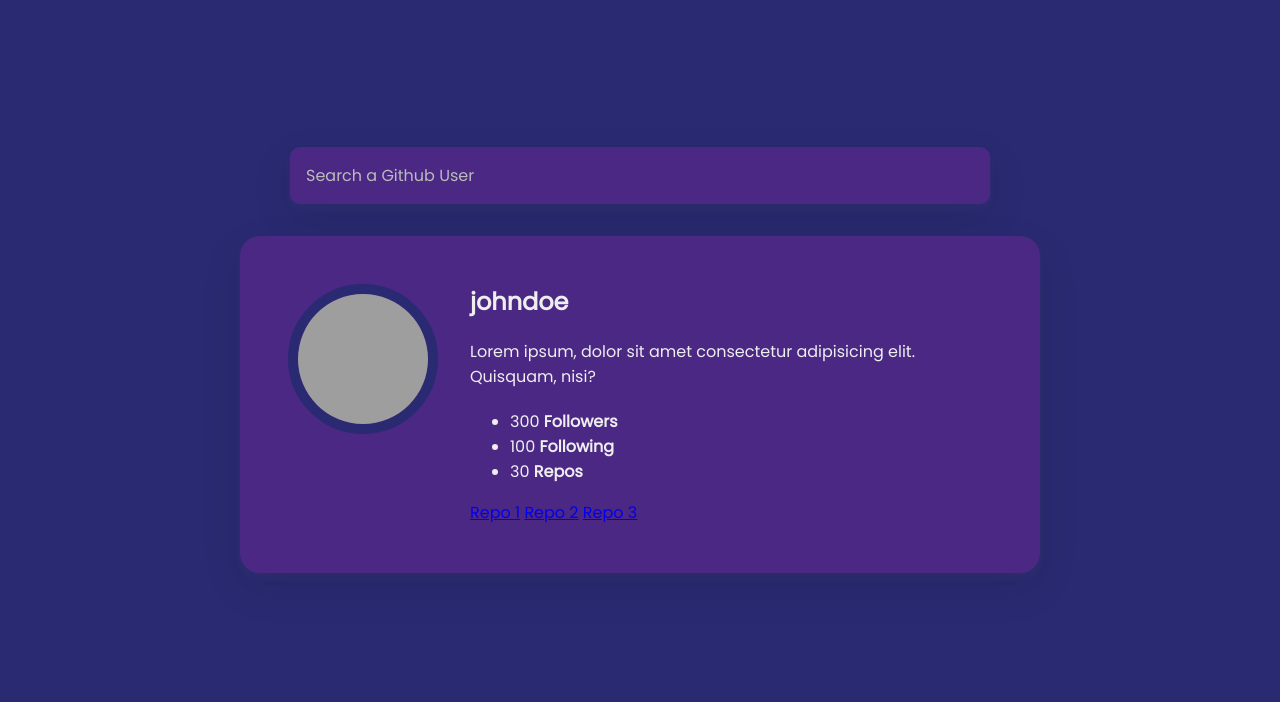
Repository: eagle-tex/50-projects-BT
Page: 28-github-profiles/index.html
The author's editor kept a copy of each file at every save. The page is drawn from the files as they stood at one save, then again after the next save.
The browser window is 1280 px wide. The pictures show the whole page.
Pictures or frames that could not be fetched are drawn as grey boxes.

Above is the page before, as saved 2021-01-23 11:05:17.

### 28-github-profiles/index.html
<!DOCTYPE html>
<html lang="en">

<head>
  <meta charset="UTF-8" />
  <meta name="viewport" content="width=device-width, initial-scale=1.0" />
  <link rel="stylesheet" href="style.css" />
  <title>Github Profiles</title>
</head>

<body>
  <form class="user-form" id="form">
    <input type="text" id="search" placeholder="Search a Github User">
  </form>

  <main id="main">
    <div class="card">
      <div>
        <img src="https://randomuser.me/api/portraits/men/30.jpg" alt="" class="avatar">
      </div>
      <div class="user-info">
        <h2>johndoe</h2>
        <p>Lorem ipsum, dolor sit amet consectetur adipisicing elit. Quisquam, nisi?</p>

        <ul>
          <li>300 <strong>Followers</strong></li>
          <li>100 <strong>Following</strong></li>
          <li>30 <strong>Repos</strong></li>
        </ul>

        <div id="repos">
          <a href="#" class="repos">Repo 1</a>
          <a href="#" class="repos">Repo 2</a>
          <a href="#" class="repos">Repo 3</a>
        </div>

      </div>
    </div>
  </main>

  <script src="script.js"></script>
</body>

</html>

### 28-github-profiles/style.css
@import url('https://fonts.googleapis.com/css2?family=Poppins:wght@200;400&display=swap');

:root {
  --body-bg: #2a2a72;
  --form-bg: #4c2885;
}

* {
  box-sizing: border-box;
}

body {
  background-color: var(--body-bg);
  color: #fff;
  font-family: 'Poppins', sans-serif;
  display: flex;
  flex-direction: column;
  align-items: center;
  justify-content: center;
  height: 100vh;
  overflow: hidden;
  margin: 0;
}

.user-form {
  width: 100%;
  max-width: 700px;
}

.user-form input {
  width: 100%;
  display: block;
  background-color: var(--form-bg);
  border: none;
  border-radius: 10px;
  -webkit-border-radius: 10px;
  -moz-border-radius: 10px;
  -ms-border-radius: 10px;
  -o-border-radius: 10px;
  color: #fff;
  padding: 1rem;
  margin-bottom: 2rem;
  font-family: inherit;
  font-size: 1rem;
  box-shadow: 0 5px 10px rgba(154, 160, 185, 0.05),
    0 15px 40px rgba(0, 0, 0, 0.1);
}

.user-form input::placeholder {
  color: #bbb;
}

.user-form input:focus {
  outline: none;
}

.card {
  max-width: 800px;
  background-color: var(--form-bg);
  border-radius: 20px;
  -webkit-border-radius: 20px;
  -moz-border-radius: 20px;
  -ms-border-radius: 20px;
  -o-border-radius: 20px;
  box-shadow: 0 5px 10px rgba(154, 160, 185, 0.05),
    0 15px 40px rgba(0, 0, 0, 0.1);
  display: flex;
  padding: 3rem;
  margin: 0 1.5rem;
}

.avatar {
  border-radius: 50%;
  -webkit-border-radius: 50%;
  -moz-border-radius: 50%;
  -ms-border-radius: 50%;
  -o-border-radius: 50%;
  border: 10px solid var(--body-bg);
  height: 150px;
  width: 150px;
}

.user-info {
  color: #eee;
  margin-left: 2rem;
}

.user-info h2 {
  margin-top: 0;
}

.user-info ul {
  margin-top: 20px;
}

Loaded but not shown: 28-github-profiles/script.js (no copy from this time; the picture is the same without it)

After the next save:
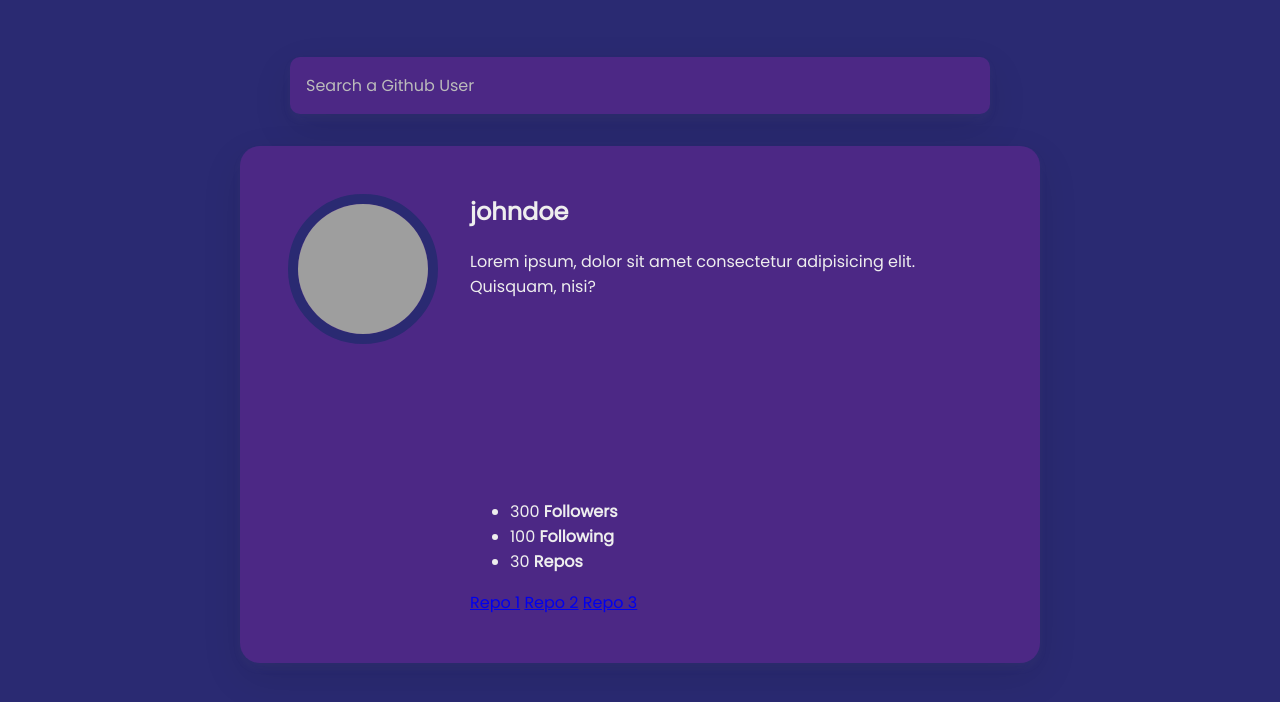
Saved 6 s later.
--- a/28-github-profiles/style.css
+++ b/28-github-profiles/style.css
@@ -90,5 +90,5 @@ body {
 }
 
 .user-info ul {
-  margin-top: 20px;
+  margin-top: 200px;
 }
